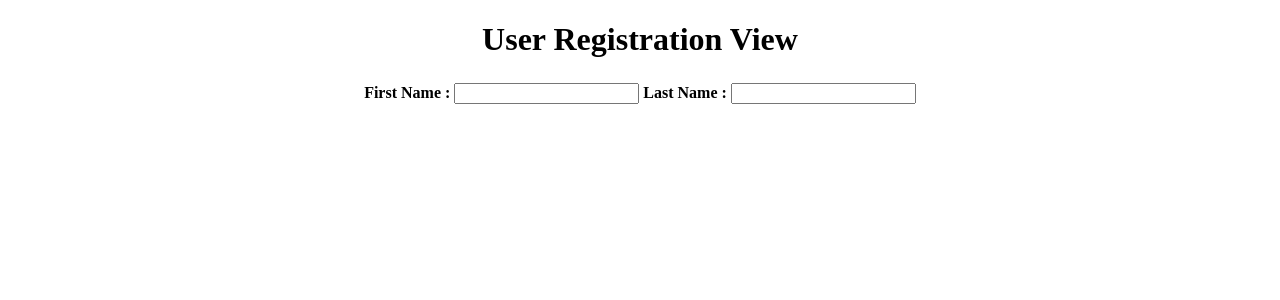
Repository: HimanshuJain1991/ProjectModuleUseCase
Page: http://localhost/Practice/UserRegistrationView.jsp
These files come from the project's save history. The page is drawn as it stood at one moment and after the next save; the edit follows.
The browser window is 1280 px wide. The pictures show the whole page.
The page is served by Tomcat 9.

Above is the page before, as saved 2024-02-27 10:56:01.

After the next save:
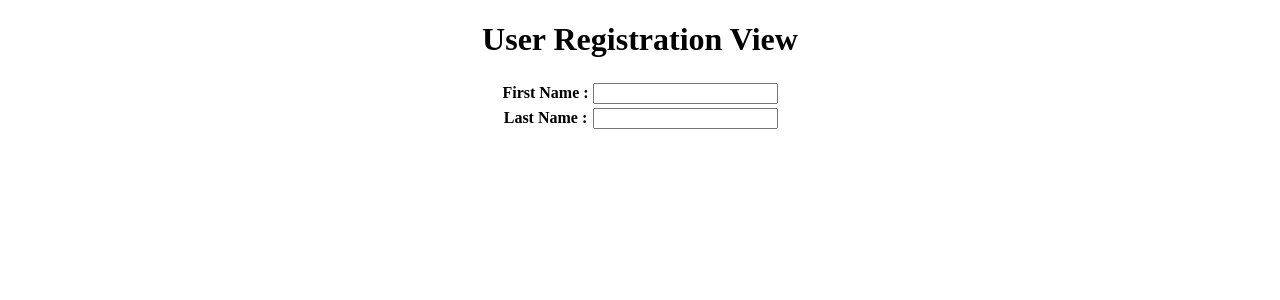
Saved 15 s later.
--- a/Practice/src/main/webapp/UserRegistrationView.jsp
+++ b/Practice/src/main/webapp/UserRegistrationView.jsp
@@ -14,7 +14,7 @@
 				<th>First Name :</th>
 				<td><input type="text" name="firstName"
 					 value=""></td>
-
+					</tr>
 				<th>Last Name  :</th>
 				<td><input type="text" name="lastName"  value=""></td>
 
